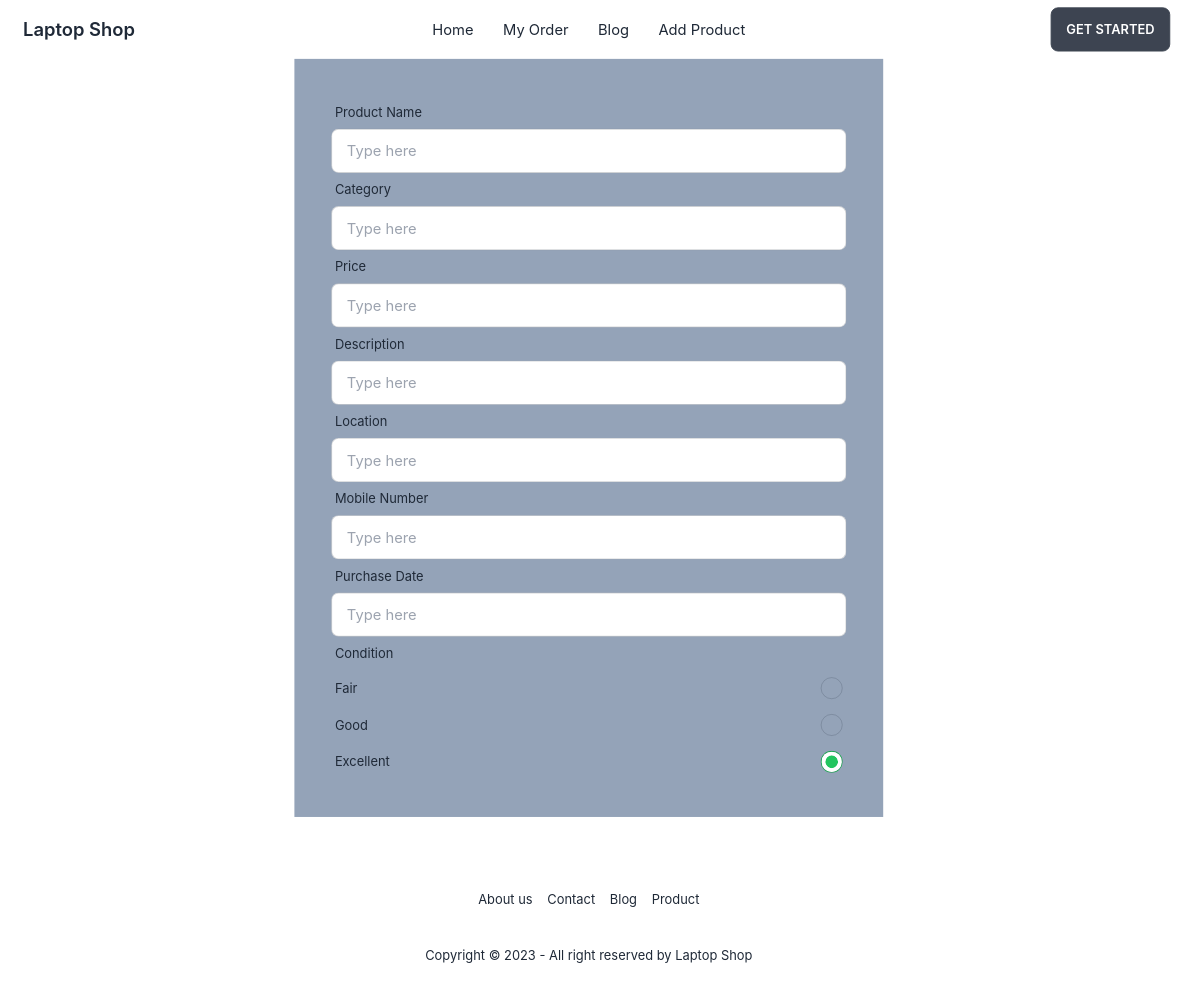
Repository: mdsajib50/E-commerce
Page: /add-product
The author's editor kept a copy of each file at every save. The page is drawn from the files as they stood at one save, then again after the next save.
The browser window is 1280 px wide. The pictures show the whole page, at 92% of full size.
The project was rebuilt for these pictures with package versions that can differ from the ones it lists, and the page was loaded fresh each time. Also part of the build but not shown: src/Pages/Home/Banner/Banner.js, src/Pages/Home/Product/ProductCard.js, src/Pages/Home/Product/Product.js, src/Pages/Home/Home/Home.js.

Above is the page before, as saved 2023-01-11 23:17:23.

After the next save:
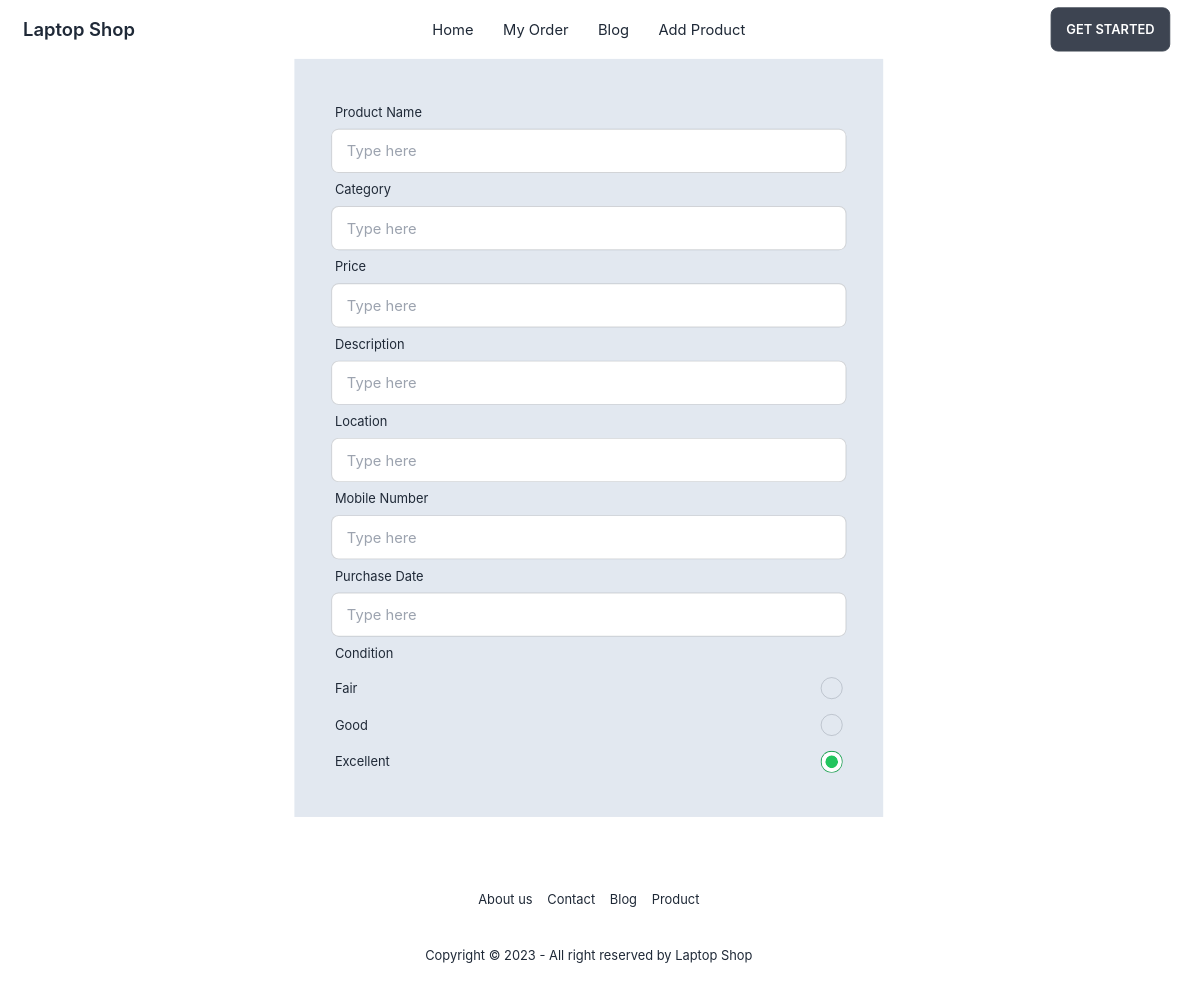
Saved 21 s later.
--- a/src/Pages/AddProduct/AddProduct.js
+++ b/src/Pages/AddProduct/AddProduct.js
@@ -3,7 +3,7 @@ import React from 'react';
 const AddProduct = () => {
     return (
         <div className=''>
-           <div className=' text-center w-1/2 mx-auto bg-slate-400 p-10'>
+           <div className=' text-center w-1/2 mx-auto bg-slate-200 p-10'>
                 <form>
                     <div className="form-control">
                         <label className="label">
